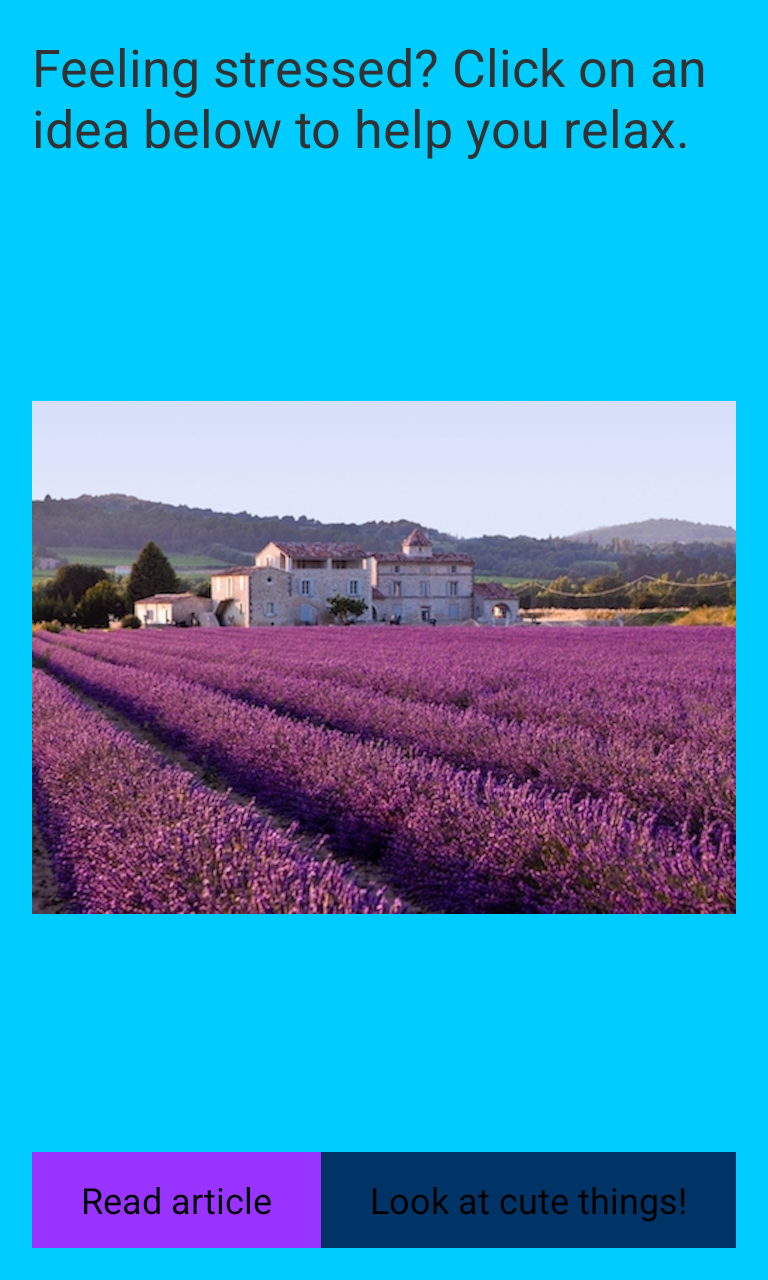
Repository: LSummers33/Apps101
Layout: Self-Care/res/layout/activity_main.xml
These files come from the project's save history. The layout is drawn as it stood at one moment and after the next save; the edit follows.
It is drawn on a 768 x 1280 px phone screen (xhdpi) without system bars, with theme AppTheme; the app's code is not run.

Above is the layout before, as saved 2014-01-26 21:45:38.

After the next save:
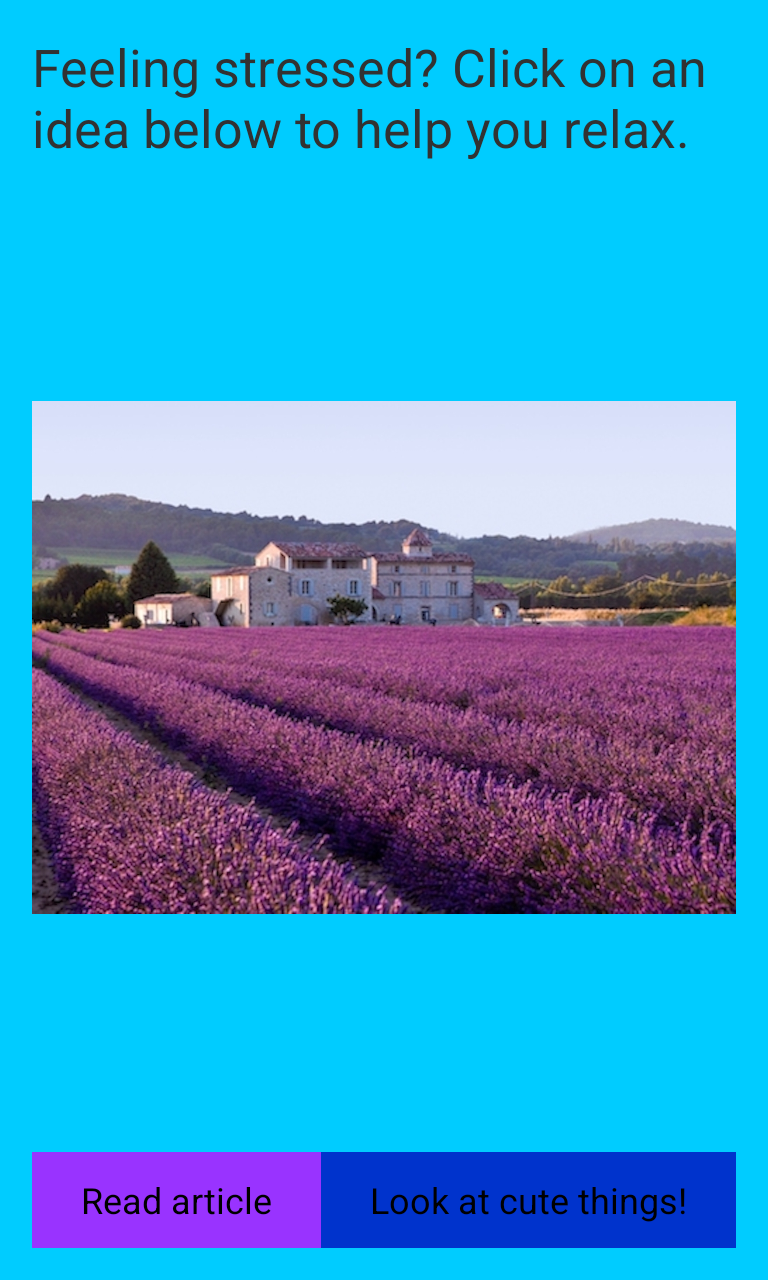
Saved 22 s later.
--- a/Self-Care/res/layout/activity_main.xml
+++ b/Self-Care/res/layout/activity_main.xml
@@ -46,7 +46,7 @@
         android:layout_width="wrap_content"
         android:layout_height="wrap_content"
         android:layout_weight="1"
-        android:background="#003366"
+        android:background="#0033CC"
         android:onClick="cute_pics"
         android:text="@string/button2" />
 
